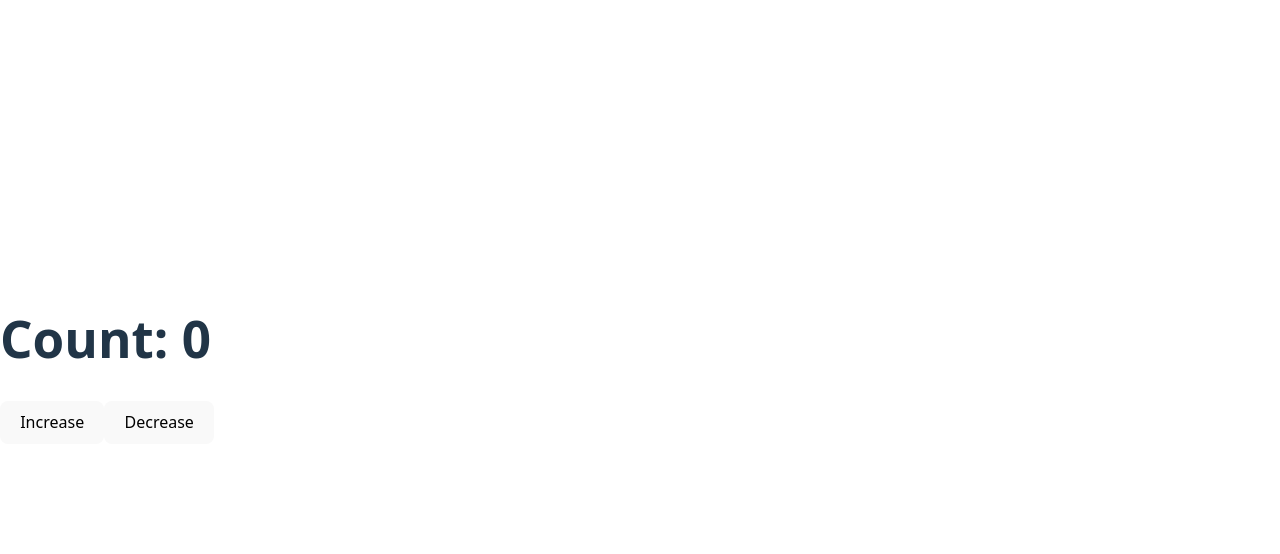
Repository: thidieu2005/React_State
Page: /
The author's editor kept a copy of each file at every save. The page is drawn from the files as they stood at one save, then again after a run of saves.
The browser window is 1280 px wide. The pictures show the whole page.
The project was rebuilt for these pictures with package versions that can differ from the ones it lists, and the page was loaded fresh each time. Also part of the build but not shown: vite.config.js.

Above is the page before, as saved 2025-04-22 10:45:15.

### src/main.jsx
import { StrictMode } from 'react'
import { createRoot } from 'react-dom/client'
import './index.css'
// import App from './App.jsx'
// import Counter from './Counter.jsx'
import CounterFunction from './Counter_function.jsx'

createRoot(document.getElementById('root')).render(
  <StrictMode>
    <CounterFunction />
  </StrictMode>,
)

### src/Counter_function.jsx
import React, { useState } from 'react';
export function CounterFunction() {
  const [count, setCount] = useState(0);

  return (
    <div>
      <h1>Count: {count}</h1>
      <button onClick={() => setCount(count + 1)}>Increase</button>
      <button onClick={() => setCount(count - 1)}>Decrease</button>
    </div>
  );
}
export default CounterFunction;

### src/App.jsx
import React from 'react'
import { Dientich_hcn } from './Dientich_hcn'
class App extends React.Component {
    render() {
        return (
            <div style={{ padding: '20px' }}>
                <h1>Ứng dụng tính diện tích hình chữ nhật</h1>
                <Dientich_hcn />
            </div>
        )
    }
}
export default App

### src/Dientich_hcn.jsx

import React, { useState } from 'react';

export function Dientich_hcn() {
    const [lenght, setLenght] = useState(0);
    const [width, setWidth] = useState(0);
    const [area, setArea] = useState(0);
    const calculateArea = () => {
        setArea(lenght * width);
    };
    return (
        <div style={{ padding: '20px' }}>
            <h2>Tính diện tích ình chữ nhật</h2>
            <div>
                <label>Nhập chiều dài:</label>
                <input type="number"
                    value={lenght}
                    onChange={(e) => setLenght(Number(e.target.value))} />
            </div>
            <div>
                <label>Nhập chiều rộng:</label>
                <input type="number"
                    value={width}
                    onChange={(e) => setWidth(Number(e.target.value))} />
            </div>
            <div>
                <button onClick={calculateArea}>Tính diện tích</button>
                <p>Diện tích: {area}</p>
            </div>
        </div>
    )
}

Loaded but not shown: index.html (common file); src/index.css (common file)

After the next 3 saves:
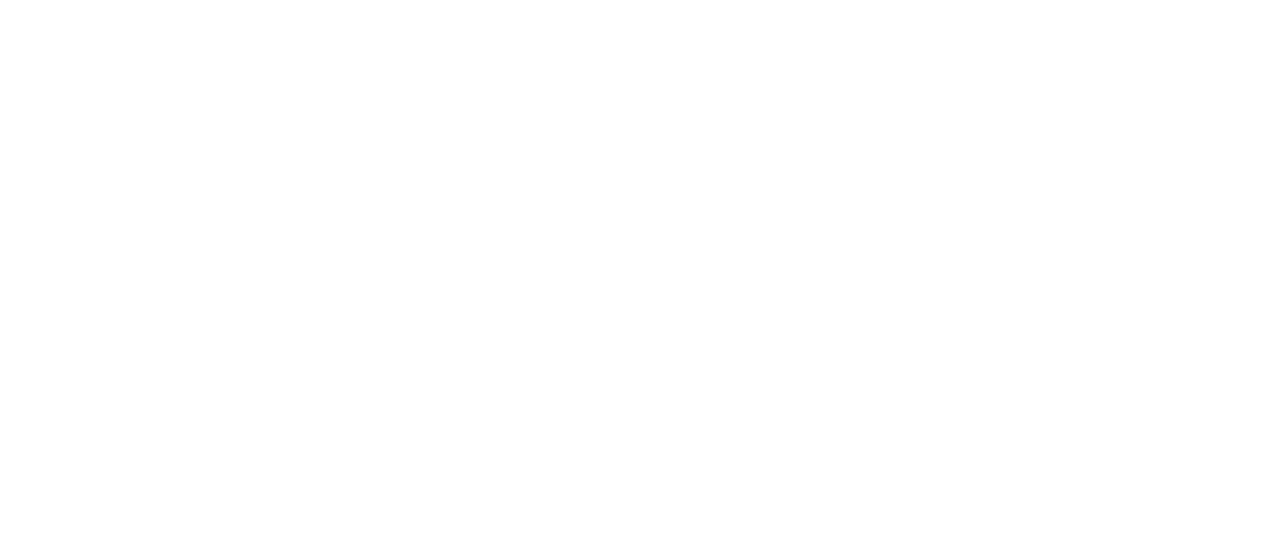
Console error: ReferenceError: App is not defined
The 3 saves are shown as one change because they came seconds apart.
The last was saved 13 s later.
--- a/src/main.jsx
+++ b/src/main.jsx
@@ -7,6 +7,6 @@
 
 createRoot(document.getElementById('root')).render(
   <StrictMode>
-    <CounterFunction />
+    <App />
   </StrictMode>,
 )

After the 2 saves that followed:
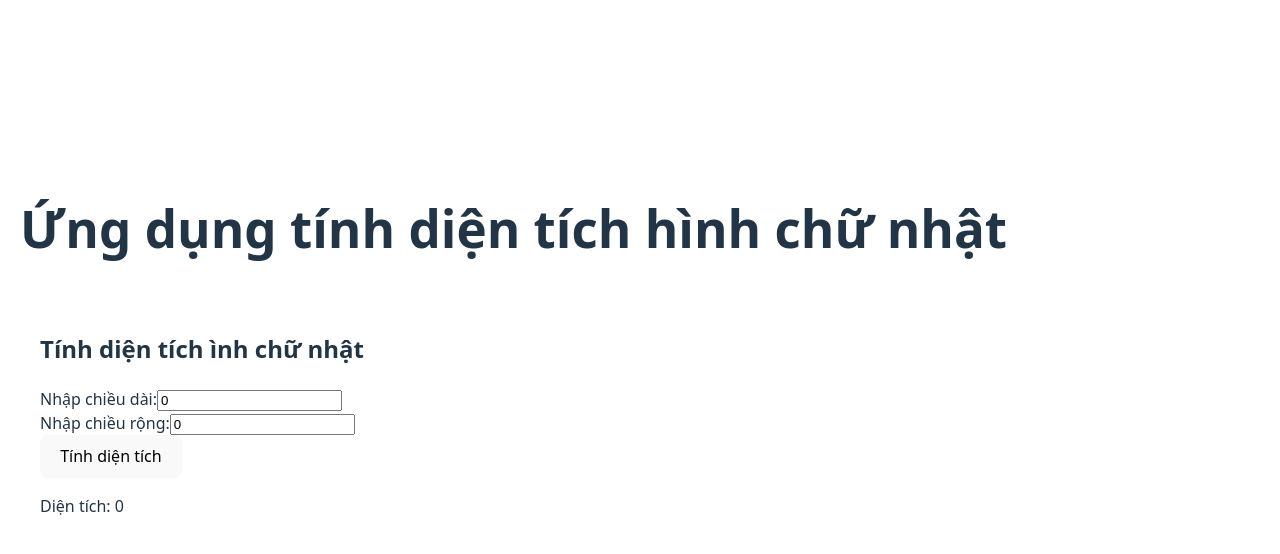
The error is gone.
The 2 saves are shown as one change because they came seconds apart.
The last was saved 20 s later.
--- a/src/main.jsx
+++ b/src/main.jsx
@@ -1,6 +1,7 @@
 import { StrictMode } from 'react'
 import { createRoot } from 'react-dom/client'
 import './index.css'
+import App from './App.jsx'
 // import App from './App.jsx'
 // import Counter from './Counter.jsx'
 import CounterFunction from './Counter_function.jsx'
